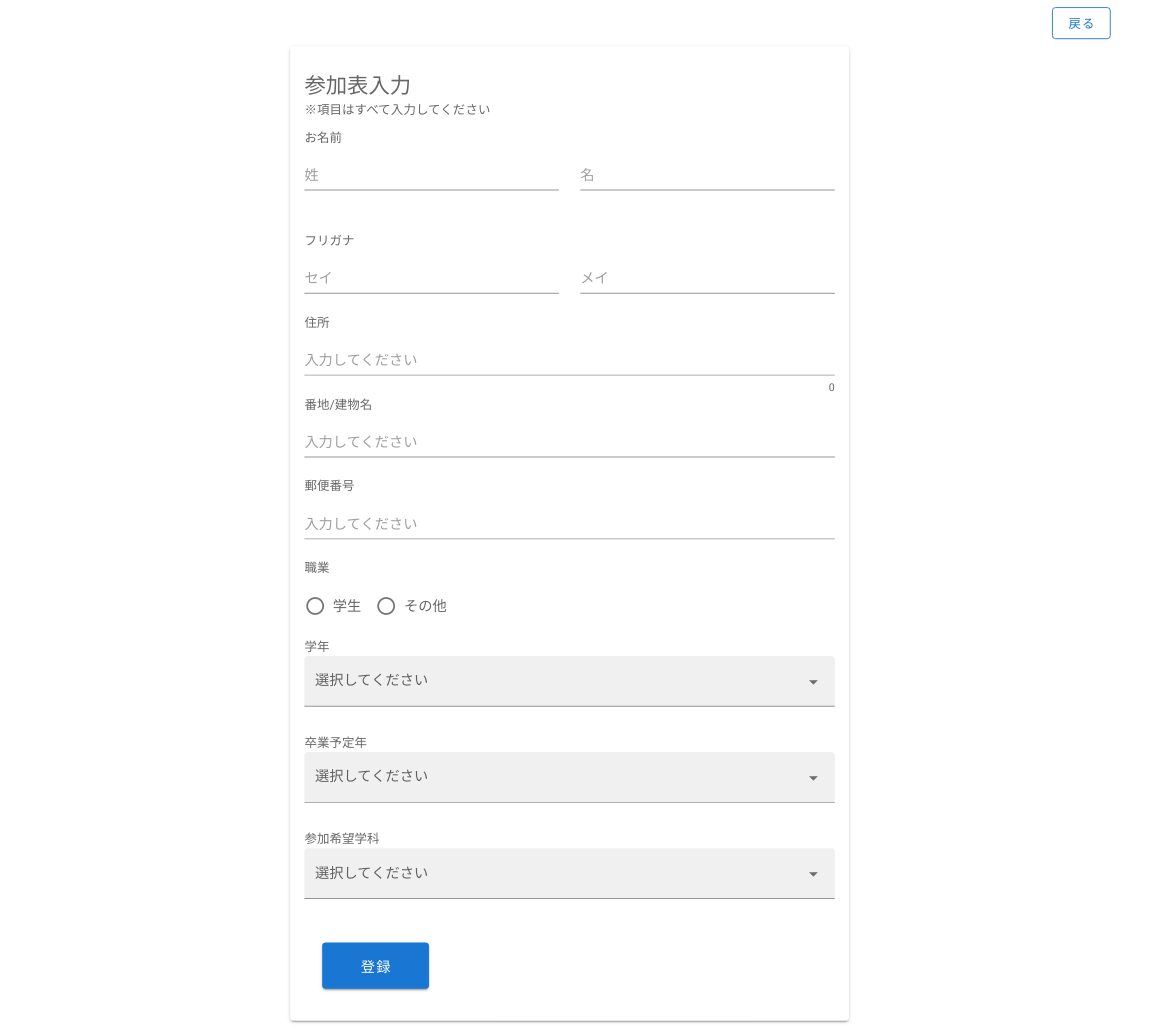
Repository: taniwhy/open-campus-system
Page: /#/register (app in client_view/)
These files come from the project's save history. The page is drawn as it stood at one moment and after the next save; the edit follows.
The browser window is 1280 px wide. The page is 1292 px wide, so the pictures cover 1292 px, including what lies to the right of the window. The pictures show the whole page, at 89% of full size.
The project was rebuilt for these pictures with package versions that can differ from the ones it lists, and the page was loaded fresh each time. Also part of the build but not shown: client_view/vue.config.js, client_view/src/components/Home.vue, client_view/src/components/Login.vue, client_view/src/components/Branch.vue.

Above is the page before, as saved 2019-11-28 10:29:34.

After the next save:
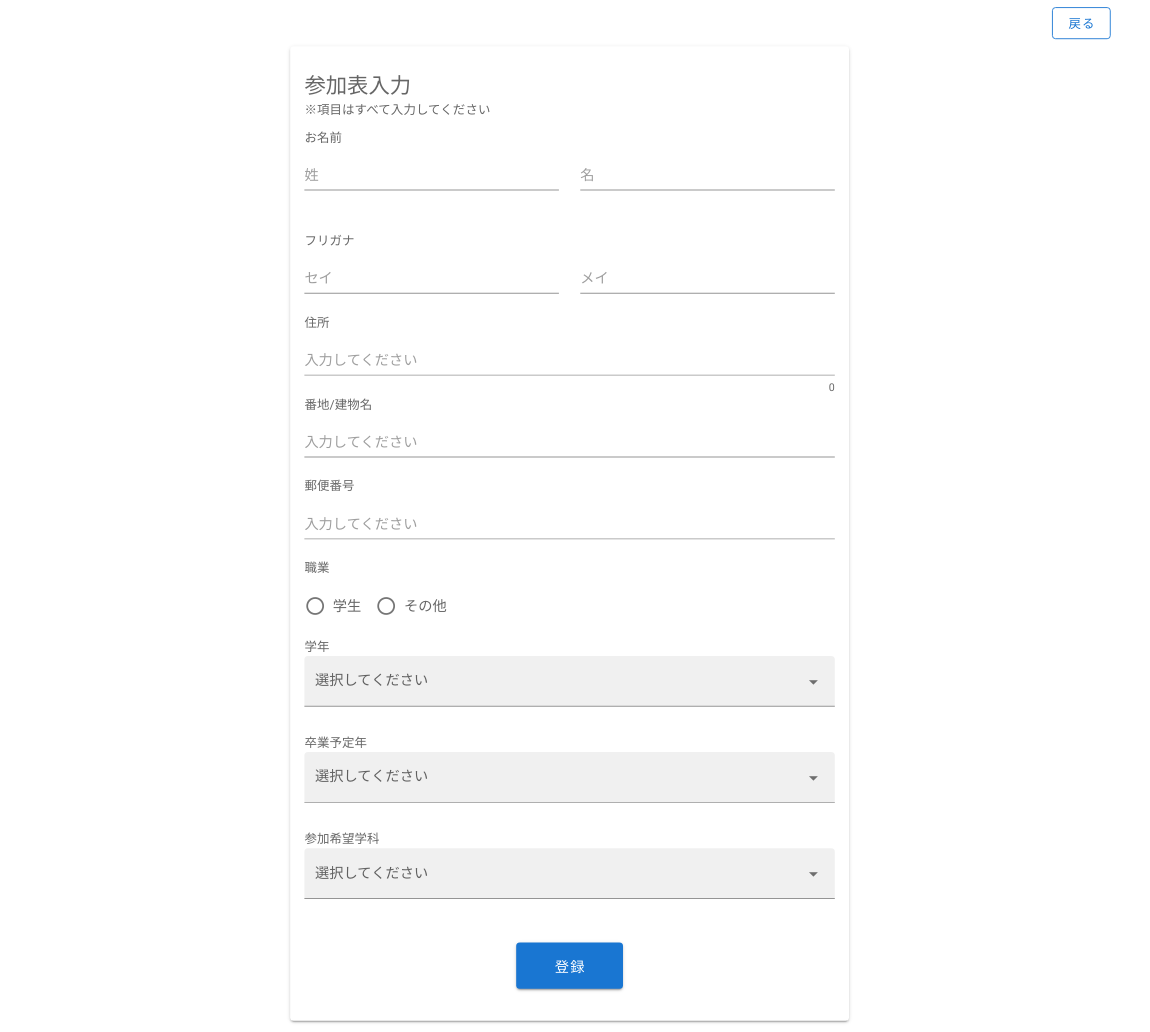
Saved 23 s later.
--- a/client_view/src/components/Register.vue
+++ b/client_view/src/components/Register.vue
@@ -99,7 +99,7 @@
             <v-select :items="yotei_items" filled label="選択してください"></v-select>参加希望学科
             <v-select :items="gakka_items" filled label="選択してください"></v-select>
             <v-card-actions>
-              <v-col>
+              <v-col align="center" justify="start">
                 <v-btn x-large color="primary" width="120px">登録</v-btn>
               </v-col>
             </v-card-actions>
